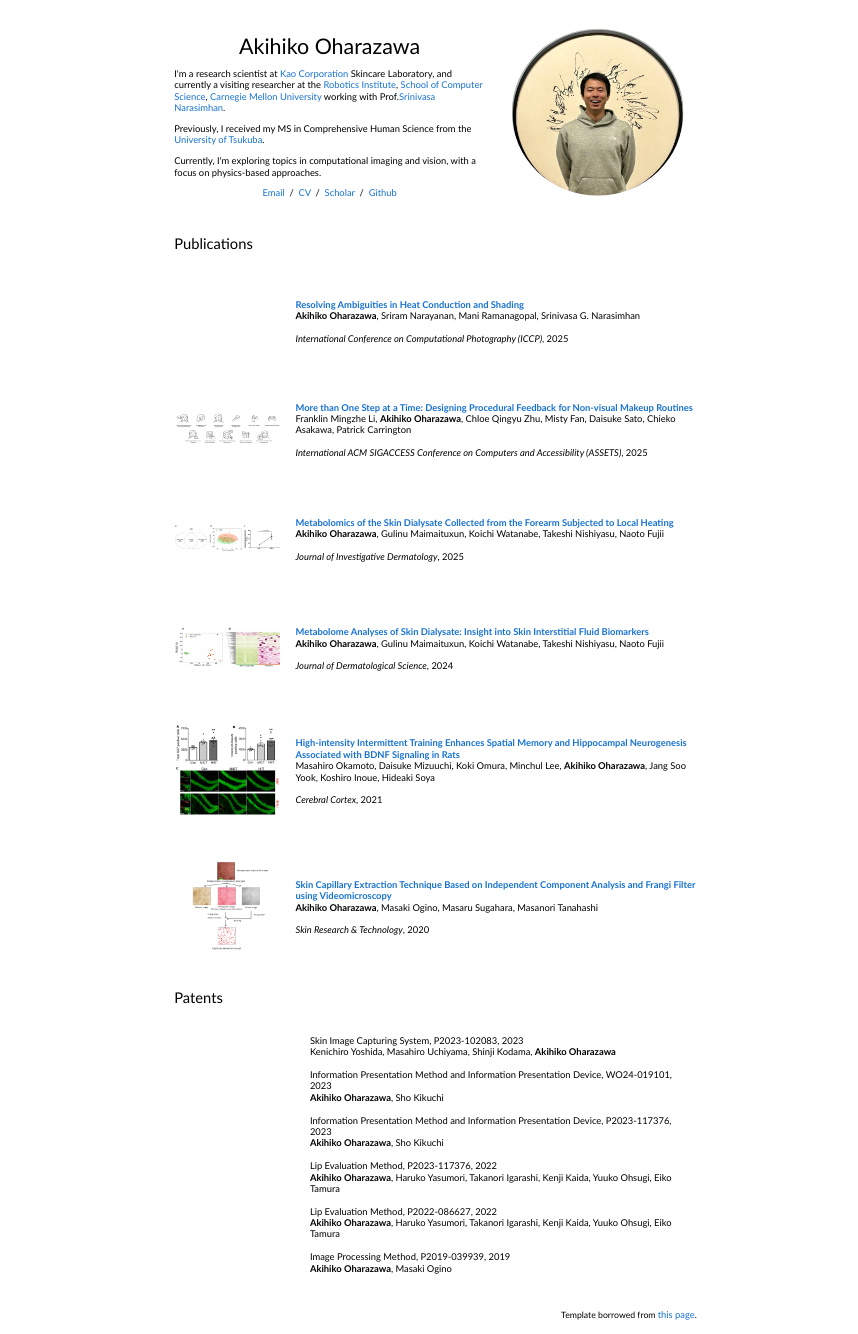
Repository: akihikooharazawa/akihikooharazawa.github.io
Page: index.html
The author's editor kept a copy of each file at every save. The page is drawn from the files as they stood at one save, then again after the next save.
The browser window is 1280 px wide. The pictures show the whole page, at 67% of full size.
Pictures or frames that could not be fetched are drawn as grey boxes.

Above is the page before, as saved 2025-07-25 12:26:16.

After the next save:
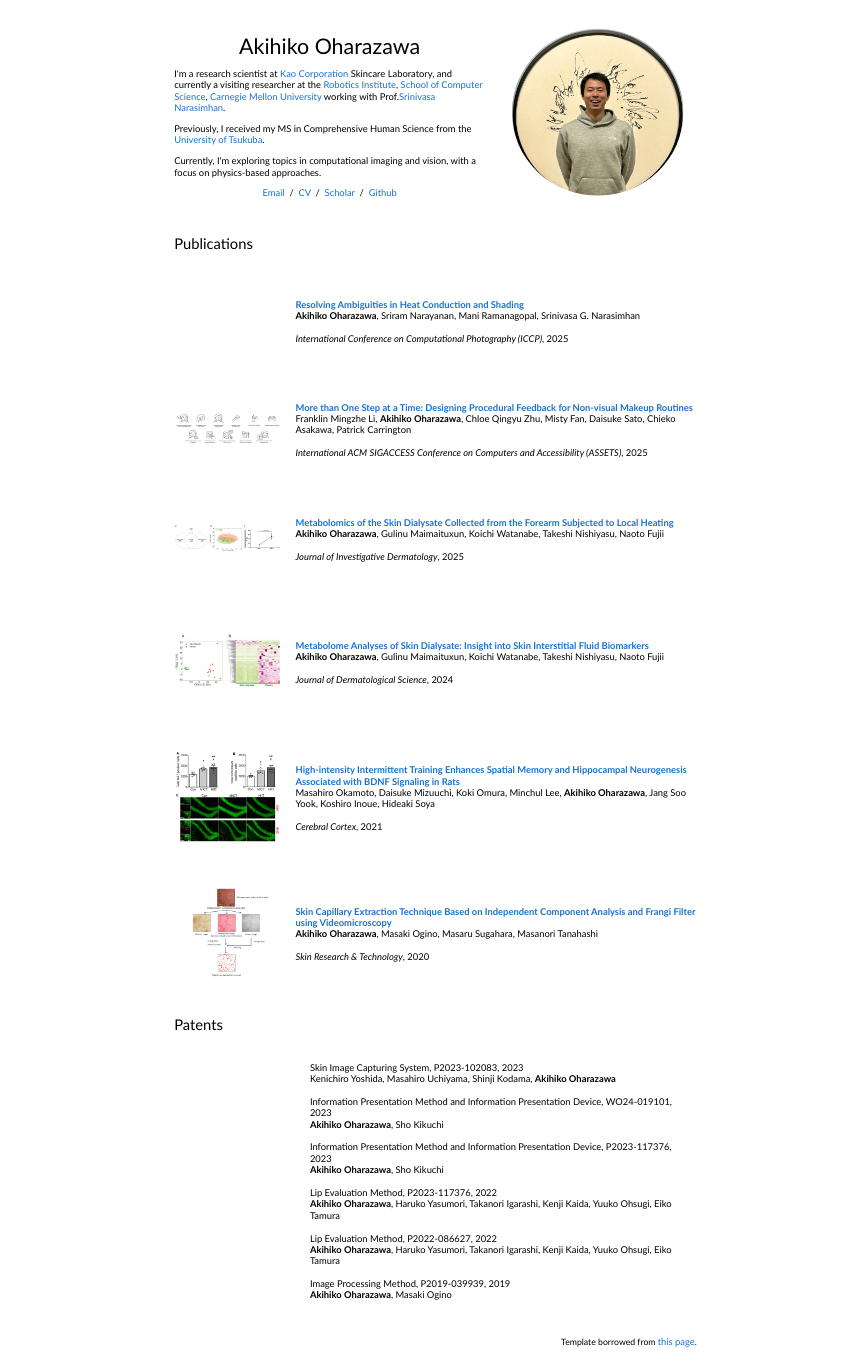
Saved 17 s later.
--- a/index.html
+++ b/index.html
@@ -125,7 +125,7 @@
             <!-- JDS 2025 -->
             <tr>
               <td style="padding:20px;width:25%;vertical-align:middle">
-                <img src="static/images/2024JDS.png" alt="2024JDS.png" width="160" height="120" style="border-style: none">
+                <img src="static/images/2024JDS.png" alt="2024JDS.png" width="160" height="160" style="border-style: none">
               </td>
               <td width="75%" valign="middle">
                 <a href="https://www.jdsjournal.com/article/S0923-1811(24)00066-5/fulltext">
